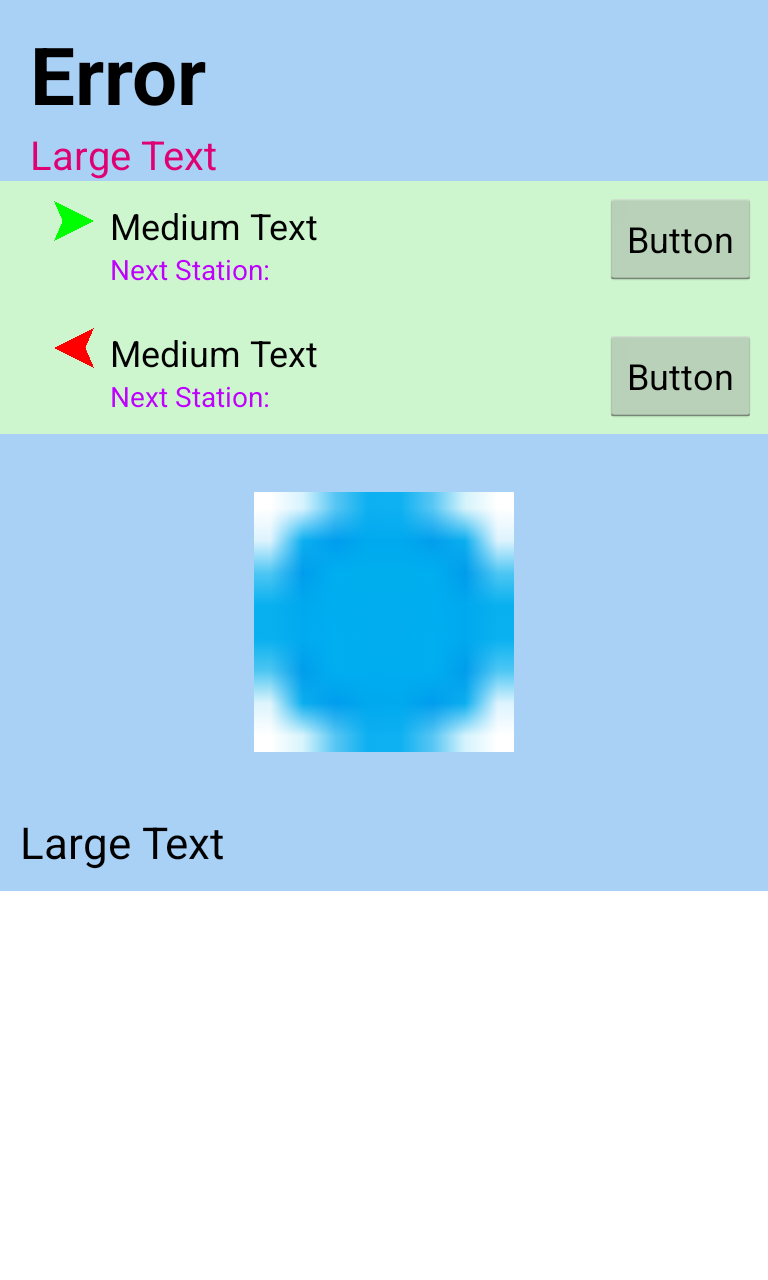
Repository: patheon17/myrepo2
Layout: workspace/UMBusTracking/res/layout/single_list_item_view.xml
The author's editor kept a copy of each file at every save. The layout is drawn from the files as they stood at one save, then again after the next save.
It is drawn on a 768 x 1280 px phone screen (xhdpi) without system bars, with theme AppTheme; the app's code is not run.

Above is the layout before, as saved 2013-10-03 18:56:56.

### workspace/UMBusTracking/res/layout/single_list_item_view.xml
<?xml version="1.0" encoding="utf-8"?>
<ScrollView xmlns:android="http://schemas.android.com/apk/res/android"
    android:layout_width="fill_parent" android:layout_height="fill_parent">

<RelativeLayout
    android:layout_width="match_parent"
    android:layout_height="match_parent"
    android:background="@color/background_lime"
    android:orientation="vertical" >


     <RelativeLayout
        android:id="@+id/div2"
        android:layout_width="match_parent"
        android:layout_height="wrap_content">

    <TextView
        android:id="@+id/viewstoptitle"
        android:layout_width="fill_parent"
        android:layout_height="wrap_content"
        android:paddingLeft="15sp"
         android:layout_marginTop="10sp"
        android:text="@string/viewstoptitle"
        android:textColor="#000000"
        android:textSize="40sp"
        android:textStyle="bold" />

    <TextView
        android:id="@+id/routename"
        android:layout_width="match_parent"
        android:layout_height="wrap_content"
        android:layout_below="@+id/viewstoptitle"
        android:paddingLeft="15sp"
        android:textSize="20sp"
        android:text="Large Text"
        android:textColor="#DF0174"
        android:textAppearance="?android:attr/textAppearanceLarge" />
</RelativeLayout>


    <RelativeLayout
        android:id="@+id/div1"
        android:layout_width="match_parent"
        android:layout_height="wrap_content"
        android:layout_below="@+id/div2"
        android:background="#CEF6CE"
        android:padding="5sp"
        >

    <TextView
        android:id="@+id/routeto11"
        android:layout_width="wrap_content"
        android:layout_height="wrap_content"
        android:layout_alignLeft="@+id/nextstation"
         android:layout_below="@+id/nextstation"
         android:layout_marginTop="20sp"
        android:text="Medium Text"
        android:textAppearance="?android:attr/textAppearanceMedium" />


    <TextView
        android:id="@+id/routefrom"
        android:layout_width="wrap_content"
        android:layout_height="wrap_content"
        android:layout_alignParentLeft="true"
        android:layout_below="@+id/routename"
        android:layout_marginLeft="50dp"
        android:text="Medium Text"
         android:layout_marginTop="5sp"
        android:textAppearance="?android:attr/textAppearanceMedium" />

    <ImageView
        android:id="@+id/greenarrow"
        android:layout_width="20sp"
        android:layout_height="20sp"
        android:layout_alignParentLeft="true"
        android:layout_alignTop="@+id/routefrom"
        android:layout_marginLeft="22dp"

        android:src="@drawable/arrowgreen" />

    <TextView
        android:id="@+id/nextstation"
        android:layout_width="wrap_content"
        android:layout_height="wrap_content"
        android:layout_alignLeft="@+id/routefrom"
        android:layout_below="@+id/routefrom"
        android:text="Next Station: "
        android:textColor="#BF00FF"
        android:textAppearance="?android:attr/textAppearanceSmall" />

    <ImageView
        android:id="@+id/redarrow"
        android:layout_width="20sp"
        android:layout_height="20sp"
        android:layout_alignLeft="@+id/greenarrow"
         android:layout_alignTop="@+id/routeto11"
        android:src="@drawable/redarrow" />



    <TextView
        android:id="@+id/nextstation1"
        android:layout_width="wrap_content"
        android:layout_height="wrap_content"
        android:layout_alignLeft="@+id/routeto11"
        android:layout_below="@+id/routeto11"
        android:text="Next Station: "
         android:textColor="#BF00FF"
        android:textAppearance="?android:attr/textAppearanceSmall" />


    <Button
        android:id="@+id/button1"
        android:layout_width="wrap_content"
        android:layout_height="wrap_content"
        android:layout_alignParentRight="true"
        android:text="Button" />

    <Button
        android:id="@+id/button2"
        android:layout_width="wrap_content"
        android:layout_height="wrap_content"
        android:layout_alignLeft="@+id/button1"
        android:layout_below="@+id/nextstation"
       android:layout_alignTop="@+id/routeto11"
        android:text="Button" />


    </RelativeLayout>

     <ImageView
        android:id="@+id/imageView1"
        android:layout_width="match_parent"
        android:layout_height="150dp"
        android:layout_alignParentLeft="true"
        android:layout_below="@+id/div1"
        android:layout_marginTop="19dp"
        android:padding="10sp"
        android:src="@drawable/stops" />

     <TextView
        android:id="@+id/description"
        android:layout_width="match_parent"
        android:layout_height="wrap_content"
        android:layout_below="@+id/imageView1"
        android:text="Large Text"
        android:layout_marginTop="10sp"
        android:padding="10sp"
        android:textAppearance="?android:attr/textAppearanceLarge" />

</RelativeLayout>
</ScrollView>

### workspace/UMBusTracking/res/values/styles.xml
<resources>

    <!--
        Base application theme, dependent on API level. This theme is replaced
        by AppBaseTheme from res/values-vXX/styles.xml on newer devices.
    -->
    <style name="AppBaseTheme" parent="android:Theme.Light">
        <!--
            Theme customizations available in newer API levels can go in
            res/values-vXX/styles.xml, while customizations related to
            backward-compatibility can go here.
        -->
    </style>

    <!-- Application theme. -->
    <style name="AppTheme" parent="AppBaseTheme">
        <!-- All customizations that are NOT specific to a particular API-level can go here. -->
    </style>


</resources>

### workspace/UMBusTracking/res/values/strings.xml
<?xml version="1.0" encoding="utf-8"?>
<resources>

    <string name="app_name">UMBusTracking</string>
    <string name="action_settings">Settings</string>
    <string name="hello_world">Hello world!</string>
    <string name="button">Connect</string>
    <string name="title_activity_info">InfoActivity</string>
    <string name="title_activity_test2">Test2</string>
    <string name="title_activity_view_stops_details">View Bus Stops Details/Information</string>
    <string name="viewstoptitle">Error</string>
    <string name="title_activity_nearest_stop">NearestStop</string>
    <string name="displaystop">error</string>

    <color name="background_lime">#A9D0F5</color>

    <string name="routename">On Route</string>
    <string name="stopname">Bus Stop</string>
    <string name="title_activity_display_busses">DisplayBusses</string>

</resources>

Loaded but not shown: workspace/UMBusTracking/res/values-v11/styles.xml (common file); workspace/UMBusTracking/res/values-v14/styles.xml (common file)

After the next save:
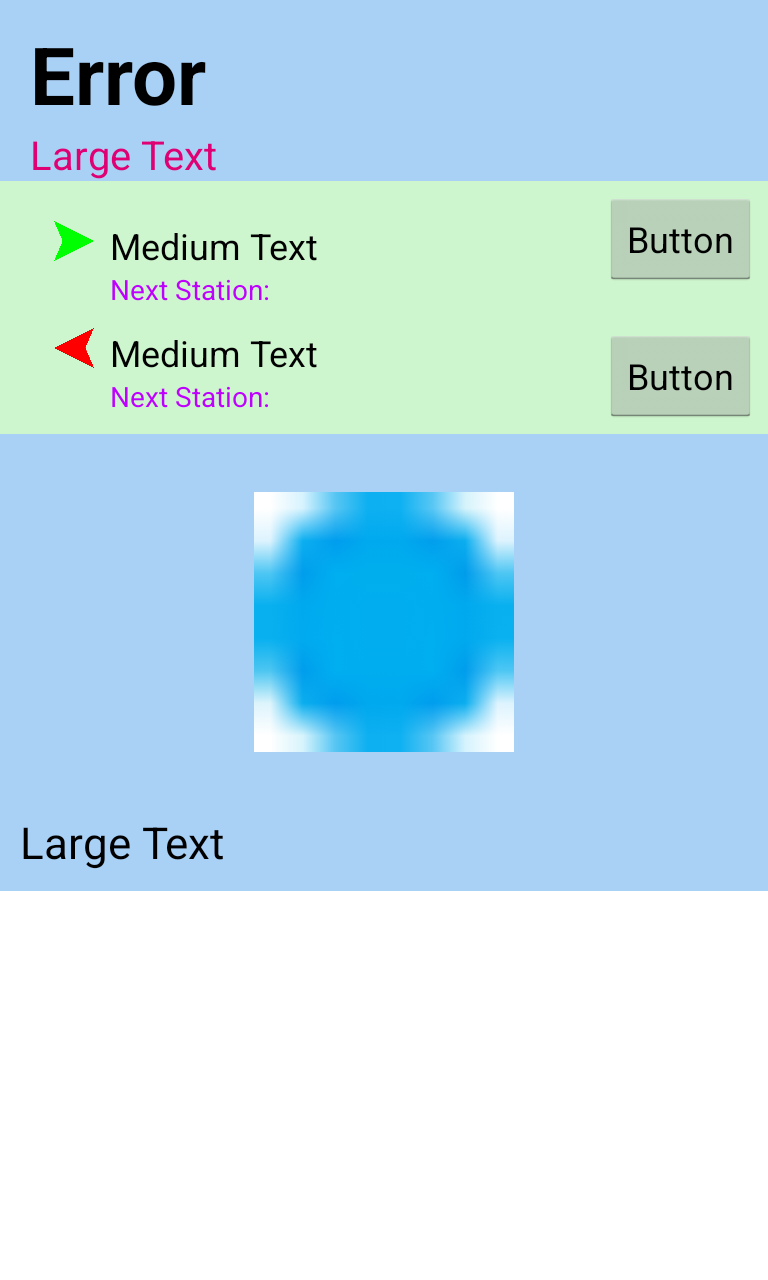
Saved 15 s later.
--- a/workspace/UMBusTracking/res/layout/single_list_item_view.xml
+++ b/workspace/UMBusTracking/res/layout/single_list_item_view.xml
@@ -53,7 +53,7 @@
         android:layout_height="wrap_content"
         android:layout_alignLeft="@+id/nextstation"
          android:layout_below="@+id/nextstation"
-         android:layout_marginTop="20sp"
+         android:layout_marginTop="10sp"
         android:text="Medium Text"
         android:textAppearance="?android:attr/textAppearanceMedium" />
 
@@ -66,7 +66,7 @@
         android:layout_below="@+id/routename"
         android:layout_marginLeft="50dp"
         android:text="Medium Text"
-         android:layout_marginTop="5sp"
+         android:layout_marginTop="15sp"
         android:textAppearance="?android:attr/textAppearanceMedium" />
 
     <ImageView
